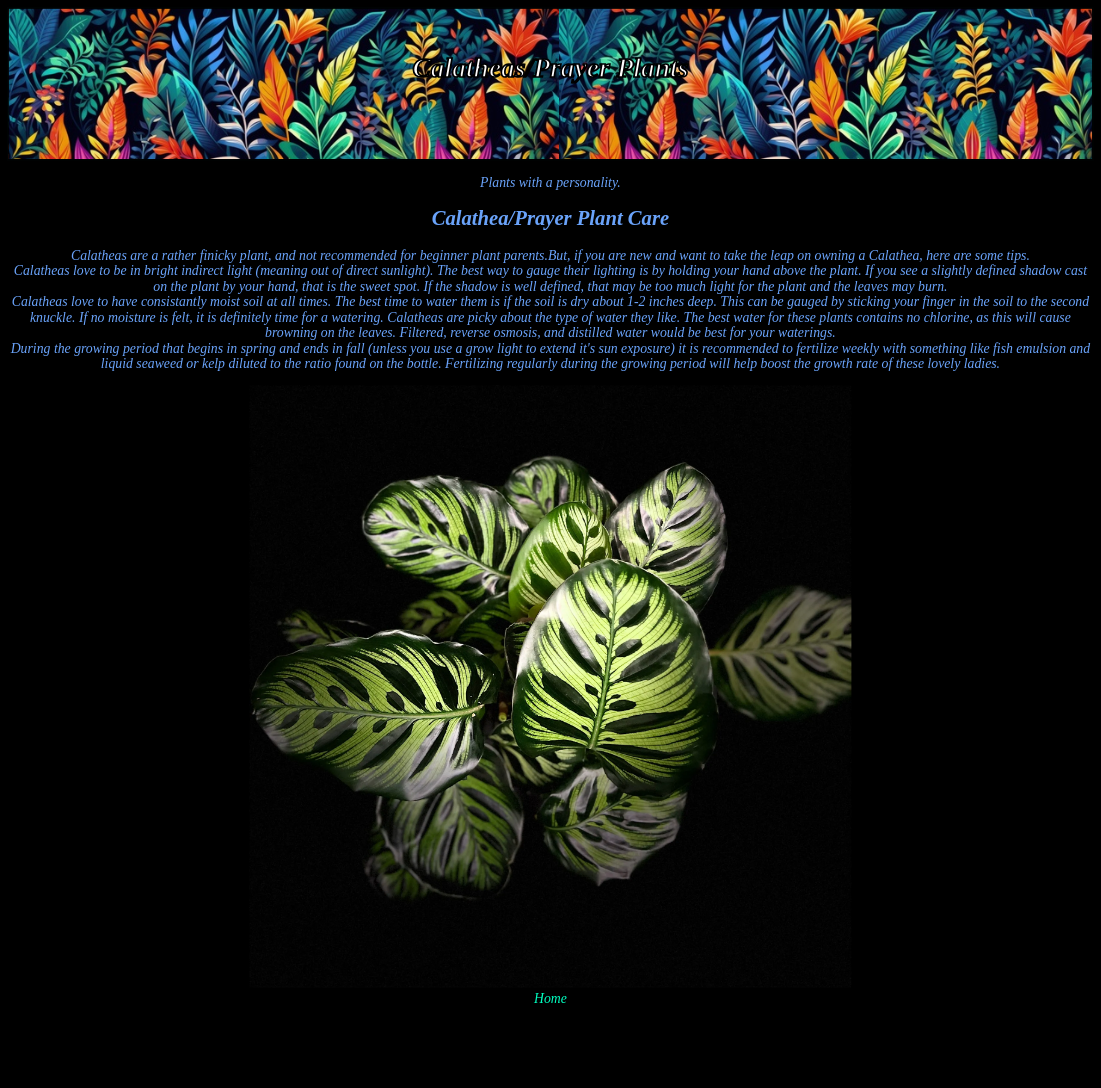
Repository: swillis91/odin-recipies
Page: Planty Page/calatheas.html
An editor plug-in stored every save of this project. The page is shown before and after the next save, followed by the edit.
The browser window is 1280 px wide. The pictures show the whole page, at 86% of full size.

Above is the page before, as saved 2023-08-11 23:24:07.

After the next save:
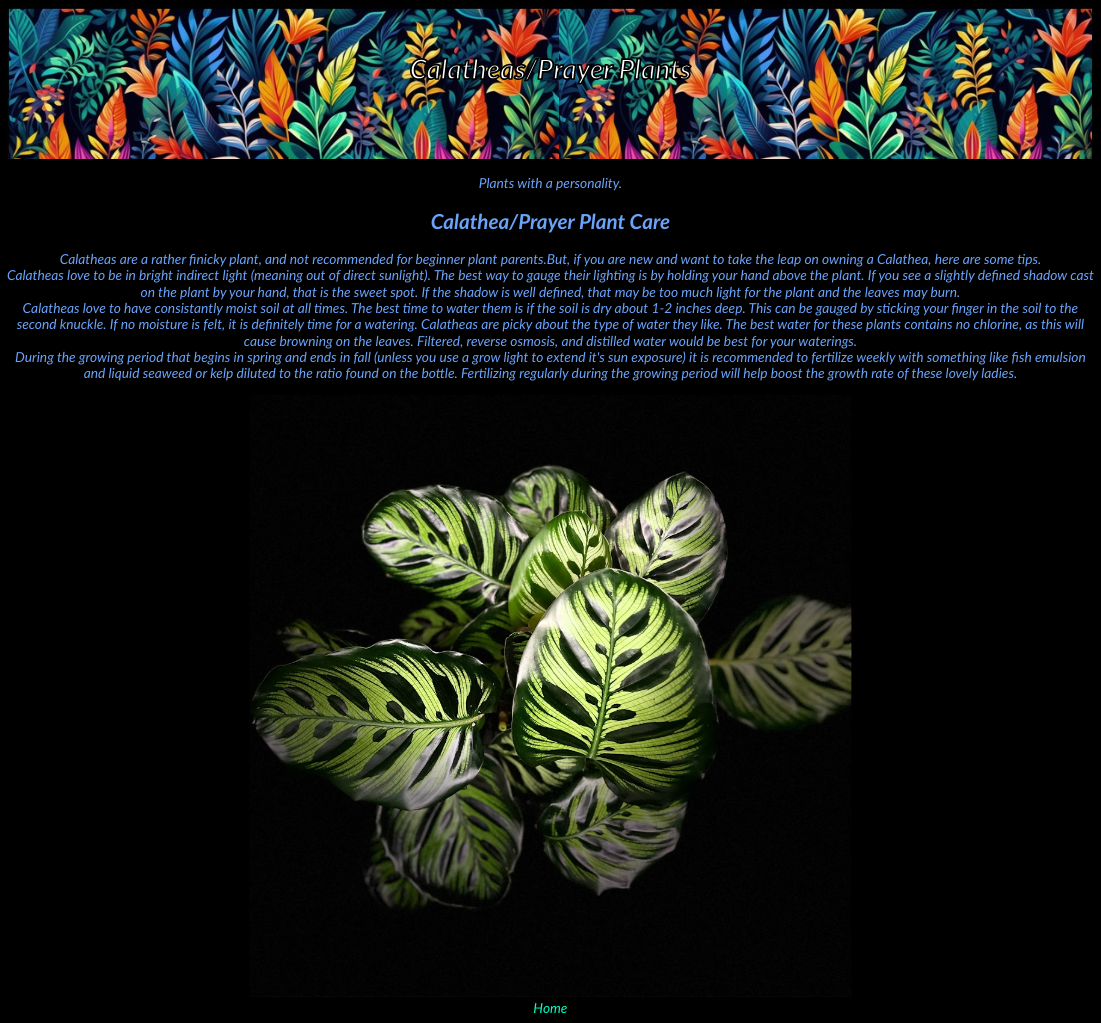
Saved 56 s later.
--- a/Planty Page/style.css
+++ b/Planty Page/style.css
@@ -2,7 +2,7 @@ body{
     background-color: rgb(0, 0, 0);
     color:rgb(106, 163, 250);
     text-align: center;
-    font-family:cursive;
+    font-family:'Trebuchet MS', 'Lucida Sans Unicode', 'Lucida Grande', 'Lucida Sans', Arial, sans-serif;
     font-style: oblique;
 }
 
